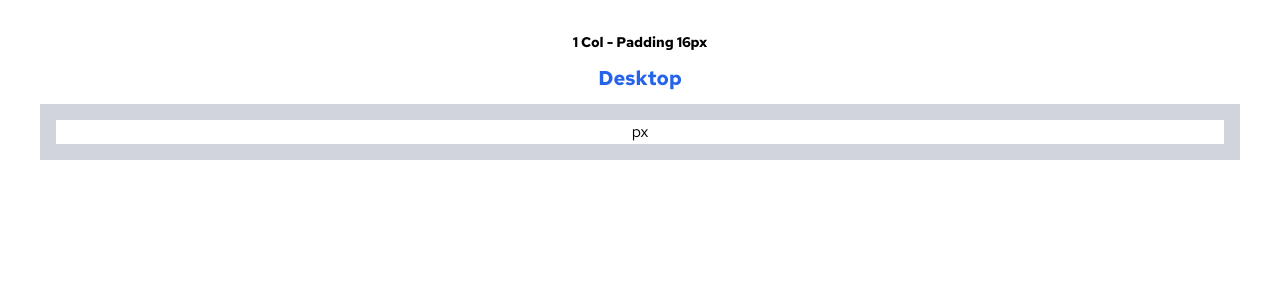
Repository: fabianwurk/vue-tailwind
Page: /
The author's editor kept a copy of each file at every save. The page is drawn from the files as they stood at one save, then again after the next save.
The browser window is 1280 px wide. The pictures show the whole page.
The project was rebuilt for these pictures with package versions that can differ from the ones it lists, and the page was loaded fresh each time. Also part of the build but not shown: vite.config.js.

Above is the page before, as saved 2021-03-16 23:46:55.
Console error: TypeError: this.innerWidth is not a function

### index.html
<!DOCTYPE html>
<html lang="en">
  <head>
    <link rel="preconnect" href="https://fonts.gstatic.com">
<link href="https://fonts.googleapis.com/css2?family=Red+Hat+Text:wght@400;700&display=swap" rel="stylesheet">
    <meta charset="UTF-8" />
    <link rel="icon" href="/favicon.ico" />
    <meta name="viewport" content="width=device-width, initial-scale=1.0" />
    <title>Vite App</title>
  </head>
  <body>
    <div id="app"></div>
    <script type="module" src="/src/main.js"></script>
  </body>
</html>

### src/App.vue
<template>
  <Large />
  <!--<Medium />-->
</template>

<script setup>
import Large from './components/Large.vue';
// import Medium from './components/Medium.vue';

</script>

### src/index.css
/* ./src/index.css */
@tailwind base;

body {
  font-family: 'Red Hat Text', sans-serif;
}
@tailwind components;
@tailwind utilities;

### src/components/Large.vue
<template>
  <div>

    <div class="container mx-auto">
      <h2 class="text-sm font-bold mb-2 mt-8 text-center">
        1 Col - Padding 16px
        <span class="block md:hidden lg:hidden text-center text-blue-600 text-xl">Mobile</span>
        <span class="hidden md:block lg:hidden text-center text-blue-600 text-xl">Tablet</span>
        <span class="hidden md:hidden lg:block text-center text-blue-600 text-xl my-3">Desktop</span>
      </h2>
      <div class="flex items-center">
        <div class="w-full bg-gray-300 mb-4 mt-0 py-4 px-4 text-center">
          <span class="bg-white w-full block" ref="boxWidth">{{width1}}px</span>
        </div>
      </div>
    </div>

  </div>
</template>

<script>
export default {
  data() {
    return {
      width1: null,
    };
  },
  mounted() {
  	this.innerWidth()
  },
  created() {
  window.addEventListener("resize", this.resizeWidthEvent);
  },
  destroyed() {
    window.removeEventListener("resize", this.resizeWidthEvent);
  },
  methods: {
    resizeWidthEvent(e) {
      this.width1 = this.$refs.boxWidth.clientWidth;
    }
  }
}
</script>

### tailwind.config.js
module.exports = {
  purge: ['./index.html', './src/**/*.{vue,js,ts,jsx,tsx}'],
  darkMode: false, // or 'media' or 'class'
  theme: {
    extend: {
      container: {
        'md': {'max': '768px'},
      },
      screens: {
        'xl': {'min': '1200px', 'max': '1280px'},
        '2xl': {'max': '1280px'},
      },
    },
  },
  variants: {
    extend: {},
  },
  plugins: [],
}

Loaded but not shown: src/main.js (common file)

After the next save:
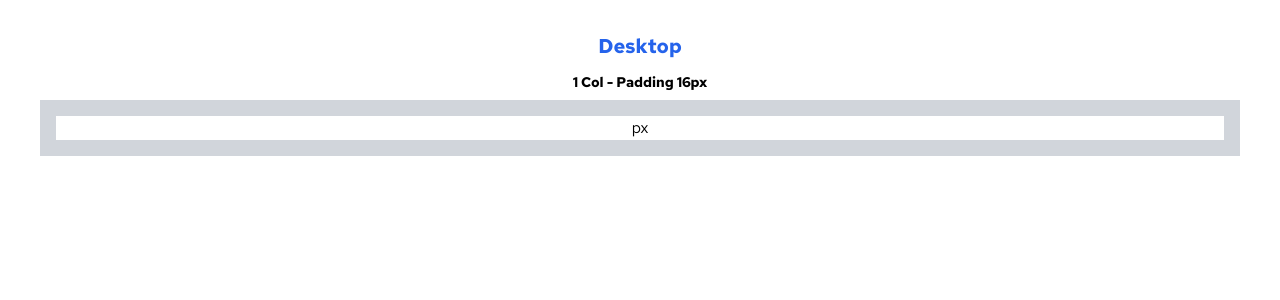
Saved 19 s later.
--- a/src/components/Large.vue
+++ b/src/components/Large.vue
@@ -3,10 +3,10 @@
 
     <div class="container mx-auto">
       <h2 class="text-sm font-bold mb-2 mt-8 text-center">
-        1 Col - Padding 16px
         <span class="block md:hidden lg:hidden text-center text-blue-600 text-xl">Mobile</span>
         <span class="hidden md:block lg:hidden text-center text-blue-600 text-xl">Tablet</span>
         <span class="hidden md:hidden lg:block text-center text-blue-600 text-xl my-3">Desktop</span>
+        1 Col - Padding 16px
       </h2>
       <div class="flex items-center">
         <div class="w-full bg-gray-300 mb-4 mt-0 py-4 px-4 text-center">
